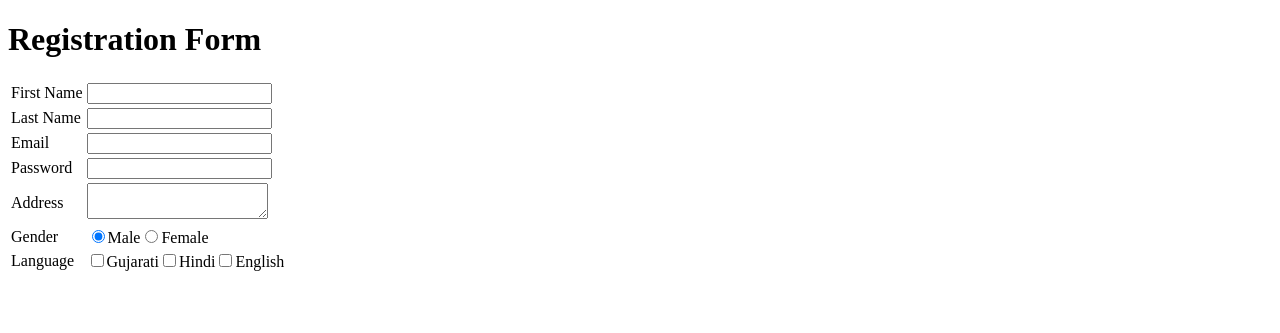
Repository: Laxman877/MyWorkspace
Page: Corejava/Learning_Web/src/main/webapp/division.html
The author's editor kept a copy of each file at every save. The page is drawn from the files as they stood at one save, then again after the next save.
The browser window is 1280 px wide. The pictures show the whole page.

Above is the page before, as saved 2022-04-27 05:09:25.

After the next save:
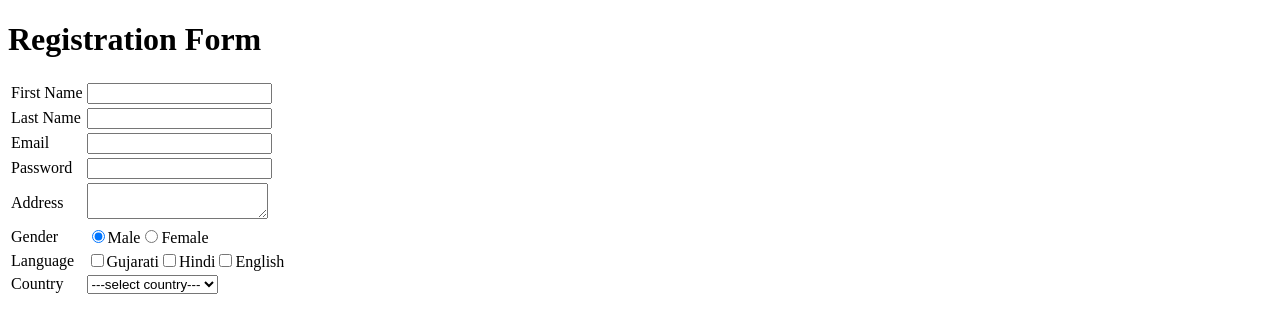
Saved 3 min 10 s later.
--- a/Corejava/Learning_Web/src/main/webapp/division.html
+++ b/Corejava/Learning_Web/src/main/webapp/division.html
@@ -42,6 +42,13 @@
 <td><label>Language</label></td>
 <td><input type="checkbox">Gujarati<input type="checkbox">Hindi<input type="checkbox">English</td>
 </tr>
+<tr>
+<td><label>Country</label></td>
+<td><select class="textfield"><option>---select country---</option>
+<option>India</option>
+<option>USA</option>
+<option>UK</option>
+</select>
 </table>
 </form>
 </body>
